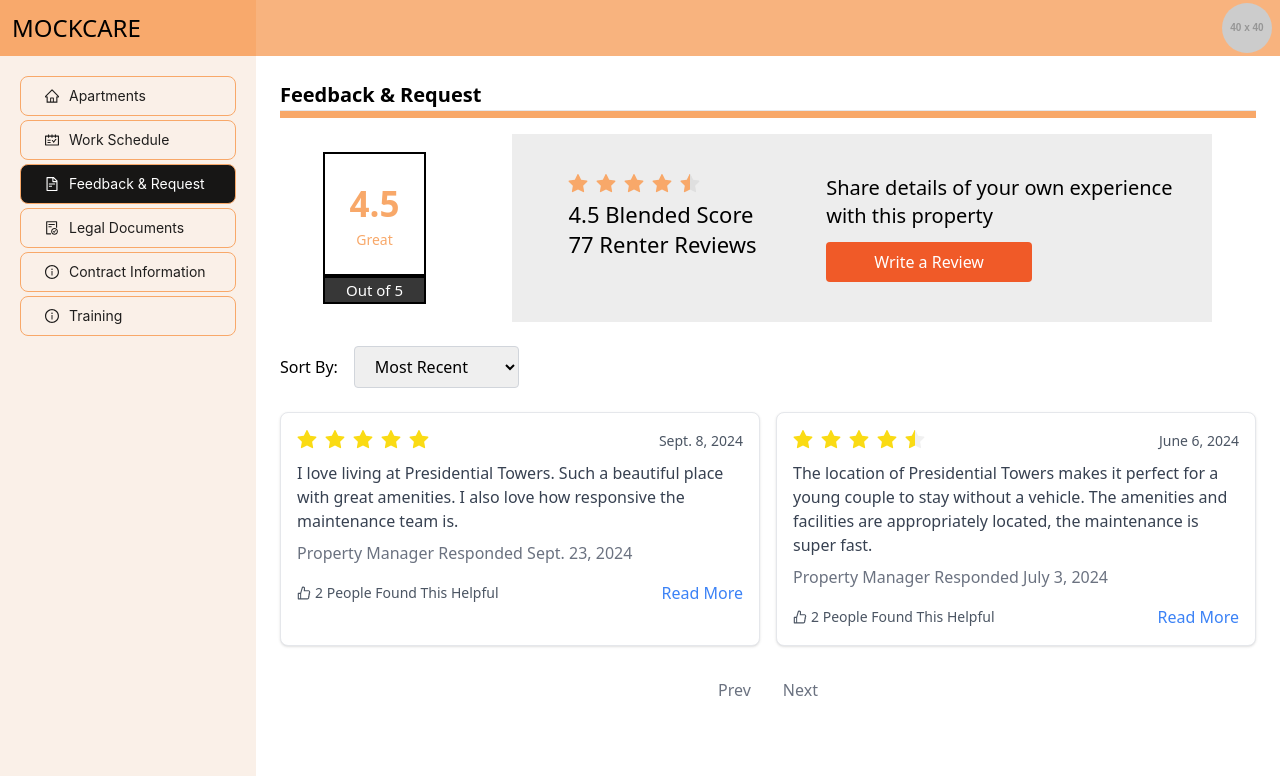
Repository: dunh-real/MockProject_102024_Nhom4
Page: / (app in frontend/)
An editor plug-in stored every save of this project. The page is shown before and after the next save, followed by the edit.
The browser window is 1280 px wide. The pictures show the whole page.
The project was rebuilt for these pictures with package versions that can differ from the ones it lists, and the page was loaded fresh each time. Also part of the build but not shown: frontend/vite.config.js, frontend/vite.config.ts, frontend/src/App.css, frontend/src/component/ReviewModal.tsx.

Above is the page before, as saved 2024-10-09 13:47:47.

### frontend/src/App.tsx

import './App.css'
import ReviewList from './pages/Feedback&Request/Feedback&Request'
// import LoginForm from './pages/Login/Login'

function App() {


  return (
    <>
      {/* <LoginForm/> */}
      <ReviewList/>
    </>
  )
}

export default App

### frontend/src/pages/Feedback&Request/Feedback&Request.tsx
import React, { useState } from 'react';
import { Rate } from 'antd'; // Dùng Antd cho Rate, có thể thay thế bằng biểu tượng của Tailwind nếu cần
import { LikeOutlined } from '@ant-design/icons';
import ReviewModal from '../../component/ReviewModal';
import Sidebar from '../../component/Sidebar';

interface Review {
    date: string;
    rating: number;
    text: string;
    managerResponse: string;
    helpfulCount: number;
    renter: string
}

const reviews: Review[] = [
    {
        date: 'Sept. 8, 2024',
        rating: 5,
        renter: 'Verified Renter',
        text: 'I love living at Presidential Towers. Such a beautiful place with great amenities. I also love how responsive the maintenance team is.',
        managerResponse: 'Property Manager Responded Sept. 23, 2024',
        helpfulCount: 2,
    },
    {
        date: 'June 6, 2024',
        rating: 4.5,
        renter: 'Verified Renter',
        text: 'The location of Presidential Towers makes it perfect for a young couple to stay without a vehicle. The amenities and facilities are appropriately located, the maintenance is super fast.',
        managerResponse: 'Property Manager Responded July 3, 2024',
        helpfulCount: 2,
    },
];

const ReviewList: React.FC = () => {
    const [showModal, setShowModal] = useState<boolean>(false);
    const [page, setPage] = useState<number>(1);

    const handlePageChange = (page: number) => {
        setPage(page);
    };

    const handleSortChange = (value: string) => {
        console.log(`Sort by: ${value}`);
    };

    return (
        <div className=" min-h-screen  bg-gray-50">
            <div className='flex  bg-[#f8a769d9]  justify-between items-center'>
                <div className=' bg-[#f8a769d9] p-3 w-1/5'>
                    <h1 className='text-2xl'>MOCKCARE</h1>
                </div>
                <div className="flex  justify-end">
                    <img
                        src="https://via.placeholder.com/40"
                        alt="Avatar"
                        className="rounded-full w-[50px] h-[50px] mr-2"
                    />
                </div>
            </div>
            <div className="flex">
                <Sidebar />
                <div className="w-4/5 p-6 bg-white">
                    <div className='mb-4'>
                        <h2 className='text-[20px] font-bold'>Feedback & Request</h2>
                        <hr className='h-[8px] bg-[#F8A869]' />
                    </div>
                    <div className="flex  justify-around items-center mb-6">
                        <div className="flex flex-col  items-center">
                            <div className=" text-center text-[#F8A869] border-black border-2  p-6 ">
                                <div className=''>
                                    <p className="text-[35px] font-bold">4.5</p>
                                    <p className="text-sm text-[27px]">Great</p>
                                </div>

                            </div>
                            <div className="text-xs w-full border-black border-2 bg-[#000000c8]">
                                <p className='text-white p-1 text-[15px] text-center'>Out of 5</p>
                            </div>
                        </div>
                        <div className='bg-[#d9d9d97b] flex justify-between'
                            style={{ width: '100%', maxWidth: '700px', padding: 40, lineHeight: 1 }}
                        >
                            <div className="ml-4 ">
                                <Rate allowHalf defaultValue={4.5} disabled style={{ color: '#F8A869' }} />
                                <div className="text-[#000000] mt-2 mb-2 text-[22px]">4.5 Blended Score</div>
                                <div className="text-[#000000]  font-extralight text-[22px]">77 Renter Reviews</div>
                            </div>
                            <div className=''>
                                <p className='text-[#000000] font-extralight text-[20px] leading-7'>Share details of your own experience <br />
                                    with this property</p>
                                <button
                                    onClick={() => setShowModal(true)}
                                    className="bg-[#f05a28] text-white px-12 py-3 mt-3 rounded hover:bg-[#ff6a38] hover:text-black "
                                >
                                    Write a Review
                                </button>
                            </div>
                        </div>
                    </div>
                    <div className="mb-6 flex items-center gap-4">
                        <p>Sort By: </p>
                        <select
                            onChange={(e) => handleSortChange(e.target.value)}
                            className="border border-gray-300 rounded px-4 py-2"
                        >
                            <option value="recent">Most Recent</option>
                            <option value="highest">Highest Rating</option>
                            <option value="lowest">Lowest Rating</option>
                        </select>
                    </div>
                    <div className="grid grid-cols-1 md:grid-cols-2 gap-4">
                        {reviews.slice((page - 1) * 2, page * 2).map((review, index) => (
                            <div key={index} className="p-4 border border-gray-200 rounded-lg bg-white shadow">
                                <div className="flex justify-between items-center mb-2">
                                    <div>
                                        <Rate allowHalf defaultValue={review.rating} disabled />
                                    </div>
                                    <span className="text-sm text-gray-600">{review.date}</span>
                                </div>
                                <p className="text-gray-700">{review.text}</p>
                                <p className="text-gray-500 mt-2">{review.managerResponse}</p>
                                <div className="flex justify-between items-center mt-4">
                                    <div className="flex items-center text-sm text-gray-600">
                                        <LikeOutlined className="mr-1" />
                                        {review.helpfulCount} People Found This Helpful
                                    </div>
                                    <button className="text-blue-500">Read More</button>
                                </div>
                            </div>
                        ))}
                    </div>
                    <div className="flex justify-center mt-6">
                        <button
                            onClick={() => handlePageChange(page - 1)}
                            className="px-4 py-2 text-gray-500"
                            disabled={page === 1}
                        >
                            Prev
                        </button>
                        <button
                            onClick={() => handlePageChange(page + 1)}
                            className="px-4 py-2 text-gray-500"
                        >
                            Next
                        </button>
                    </div>
                </div>
            </div>
            {showModal && <ReviewModal setShowModal={setShowModal} />}
        </div>
    );
};

export default ReviewList;

### frontend/src/component/Sidebar.tsx
import { Menu } from 'antd';
import { HomeOutlined, ScheduleOutlined, FileTextOutlined, FileDoneOutlined, InfoCircleOutlined } from '@ant-design/icons';

const Sidebar = () => {
  return (
    <div style={{ width: '20%', minHeight: '100vh', backgroundColor: '#FAF0E8', padding: '1rem' }}>
      <Menu
        defaultSelectedKeys={['feedback']}
        mode="inline"
        style={{ backgroundColor: '#FAF0E8', borderRight: 0 }}
      >
        <Menu.Item
          key="apartments"
          icon={<HomeOutlined />}
          style={{
            padding: '12px 24px',
            border:1, borderStyle:'solid', borderColor:'#F8A869'
          }}
        >
          Apartments
        </Menu.Item>
        <Menu.Item
          key="schedule"
          icon={<ScheduleOutlined />}
          style={{
            padding: '12px 24px',
            border:1, borderStyle:'solid', borderColor:'#F8A869'
          }}
        >
          Work Schedule
        </Menu.Item>
        <Menu.Item
          key="feedback"
          icon={<FileTextOutlined />}
          style={{
            backgroundColor: '#171615',
            color: 'white',
            padding: '12px 24px',
            border:1, borderStyle:'solid', borderColor:'#F8A869'
          }}
        >
          Feedback & Request
        </Menu.Item>
        <Menu.Item
          key="legal"
          icon={<FileDoneOutlined />}
          style={{
            padding: '12px 24px',
            border:1, borderStyle:'solid', borderColor:'#F8A869'
          }}
        >
          Legal Documents
        </Menu.Item>
        <Menu.Item
          key="contract"
          icon={<InfoCircleOutlined />}
          style={{
            padding: '12px 24px',
            border:1, borderStyle:'solid', borderColor:'#F8A869'
          }}
        >
          Contract Information
        </Menu.Item>
        <Menu.Item
          key="training"
          icon={<InfoCircleOutlined />}
          style={{
            padding: '12px 24px',
            border: 1, borderStyle: 'solid', borderColor: '#F8A869'
          }}
        >
          Training
        </Menu.Item>
      </Menu>
    </div>
  );
};

export default Sidebar;

Loaded but not shown: frontend/index.html (common file); frontend/src/main.jsx (common file); frontend/src/index.css (common file); frontend/tailwind.config.js (common file)

After the next save:
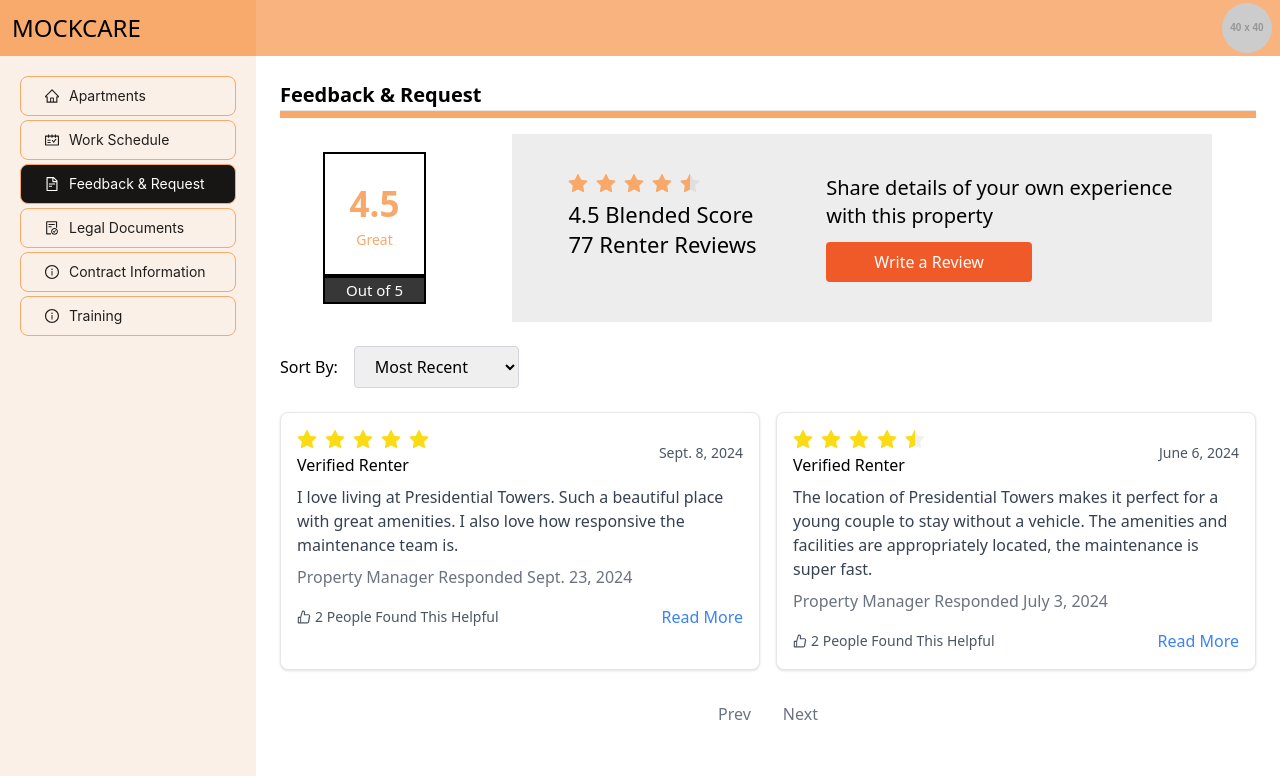
Saved 10 s later.
--- a/frontend/src/pages/Feedback&Request/Feedback&Request.tsx
+++ b/frontend/src/pages/Feedback&Request/Feedback&Request.tsx
@@ -115,6 +115,7 @@ const ReviewList: React.FC = () => {
                                 <div className="flex justify-between items-center mb-2">
                                     <div>
                                         <Rate allowHalf defaultValue={review.rating} disabled />
+                                        <p>{review.renter}</p>
                                     </div>
                                     <span className="text-sm text-gray-600">{review.date}</span>
                                 </div>
